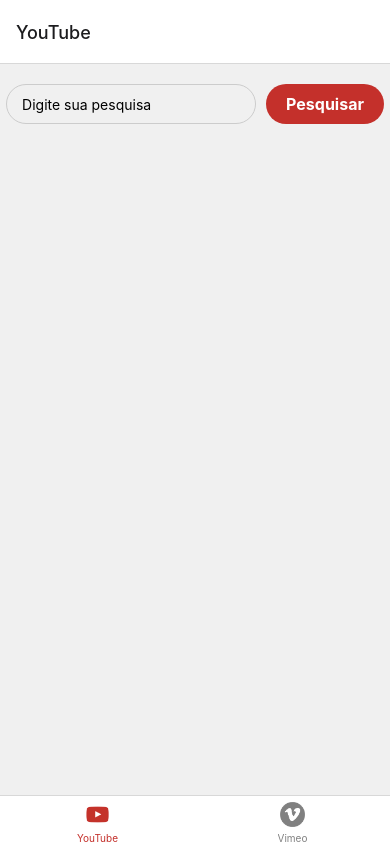
Repository: isaqkee/Youtube-API
Screen: /Home (app in youtubeAPI/)
The author's editor kept a copy of each file at every save. The screen is drawn from the files as they stood at one save, then again after the next save.
The app was drawn by React Native's web renderer in a window 390 px wide. The project was rebuilt for these pictures with package versions that can differ from the ones it lists, and the page was loaded fresh each time. Also part of the build but not shown: youtubeAPI/VimeoScreen.js.

Above is the screen before, as saved 2024-05-27 21:51:46.

### youtubeAPI/App.js
// App.js
import * as React from 'react';
import { NavigationContainer } from '@react-navigation/native';
import { createStackNavigator } from '@react-navigation/stack';
import { createBottomTabNavigator } from '@react-navigation/bottom-tabs';
import { Image } from 'react-native';
import WelcomeScreen from './WelcomeScreen';
import YoutubeScreen from './YoutubeScreen';
import VimeoScreen from './VimeoScreen';

const Stack = createStackNavigator();
const Tab = createBottomTabNavigator();

function HomeTabs() {
  return (
    <Tab.Navigator
      screenOptions={({ route }) => ({
        tabBarIcon: ({ color, size }) => {
          let iconName;
          if (route.name === 'YouTube') {
            iconName = require('./assets/youtube.png');
          } else if (route.name === 'Vimeo') {
            iconName = require('./assets/vimeo.png');
          }
          return <Image source={iconName} style={{ width: size, height: size, tintColor: color }} />;
        },
      })}
      tabBarOptions={{
        activeTintColor: '#c4302b',
        inactiveTintColor: 'gray',
      }}
    >
      <Tab.Screen name="YouTube" component={YoutubeScreen} />
      <Tab.Screen name="Vimeo" component={VimeoScreen} />
    </Tab.Navigator>
  );
}

export default function App() {
  return (
    <NavigationContainer>
      <Stack.Navigator initialRouteName="Welcome">
        <Stack.Screen name="Welcome" component={WelcomeScreen} options={{ headerShown: false }}/>
        <Stack.Screen name="Home" component={HomeTabs} options={{ headerShown: false }}/>
      </Stack.Navigator>
    </NavigationContainer>
  );
}

### youtubeAPI/WelcomeScreen.js
import React from 'react';
import { View, Text, TouchableOpacity, StyleSheet, ImageBackground, Animated } from 'react-native';

export default function WelcomeScreen({ navigation }) {
  const fadeAnim = React.useRef(new Animated.Value(0)).current;

  React.useEffect(() => {
    Animated.timing(fadeAnim, {
      toValue: 1,
      duration: 1000,
      useNativeDriver: true,
    }).start();
  }, [fadeAnim]);

  return (
    <Animated.View style={[styles.container, { opacity: fadeAnim }]}>
      <ImageBackground source={require('./assets/back4.gif')} style={styles.backgroundImage}>
        <Text style={styles.title}>Bem-vindo ao Pesquisa de Vídeos</Text>
        <TouchableOpacity style={styles.button} onPress={() => navigation.navigate('Home')}>
          <Text style={styles.buttonText}>Começar</Text>
        </TouchableOpacity>
      </ImageBackground>
    </Animated.View>
  );
}

const styles = StyleSheet.create({
  container: {
    flex: 1,
    justifyContent: 'center',
    alignItems: 'center',
  },
  backgroundImage: {
    flex: 1,
    resizeMode: 'cover',
    justifyContent: 'center',
    alignItems: 'center',
    width: '100%',
    height: '100%',
  },
  title: {
    fontSize: 32,
    fontWeight: 'bold',
    color: '#fff',
    textAlign: 'center',
    marginBottom: 40,
  },
  button: {
    backgroundColor: '#c4302b',
    paddingVertical: 15,
    paddingHorizontal: 30,
    borderRadius: 30,
  },
  buttonText: {
    fontSize: 18,
    color: '#fff',
    fontWeight: 'bold',
  },
});

### youtubeAPI/YoutubeScreen.js
// YoutubeScreen.js e VimeoScreen.js
import React, { useState } from 'react';
import { View, Text, TextInput, TouchableOpacity, ScrollView, StyleSheet } from 'react-native';
import { WebView } from 'react-native-webview';
import { buscarVideos } from './youtube'; // ou buscarVideosVimeo para Vimeo

export default function VideoScreen() {
  const [pesquisa, setPesquisa] = useState('');
  const [videos, setVideos] = useState([]);

  const pesquisar = async () => {
    try {
      const resultados = await buscarVideos(pesquisa);
      setVideos(resultados);
    } catch (erro) {
      console.error('Erro ao pesquisar vídeos:', erro);
    }
  };

  return (
    <View style={styles.container}>
      <View style={styles.searchContainer}>
        <TextInput
          style={styles.input}
          placeholder="Digite sua pesquisa"
          value={pesquisa}
          onChangeText={setPesquisa}
        />
        <TouchableOpacity style={styles.button} onPress={pesquisar}>
          <Text style={styles.buttonText}>Pesquisar</Text>
        </TouchableOpacity>
      </View>
      <ScrollView style={styles.scrollView}>
        {videos.map(video => (
          <View key={video.id.videoId} style={styles.videoContainer}>
            <Text style={styles.videoTitle}>{video.snippet.title}</Text>
            <WebView
              style={styles.webview}
              javaScriptEnabled={true}
              domStorageEnabled={true}
              source={{ html: `<iframe width="100%" height="215" src="https://www.youtube.com/embed/${video.id.videoId}" frameborder="0" allowfullscreen></iframe>` }}
            />
          </View>
        ))}
      </ScrollView>
    </View>
  );
}

const styles = StyleSheet.create({
  container: {
    flex: 1,
    backgroundColor: '#f0f0f0',
    paddingHorizontal: 20,
    paddingTop: 20,
  },
  searchContainer: {
    flexDirection: 'row',
    justifyContent: 'center',
    marginBottom: 20,
  },
  input: {
    flex: 1,
    height: 40,
    borderWidth: 1,
    borderColor: '#ccc',
    borderRadius: 20,
    paddingHorizontal: 15,
    marginRight: 10,
  },
  button: {
    backgroundColor: '#c4302b',
    paddingVertical: 10,
    paddingHorizontal: 20,
    borderRadius: 20,
  },
  buttonText: {
    color: '#fff',
    fontSize: 16,
    fontWeight: 'bold',
  },
  scrollView: {
    flex: 1,
  },
  videoContainer: {
    marginBottom: 20,
    backgroundColor: '#fff',
    borderRadius: 10,
    padding: 15,
    shadowColor: '#000',
    shadowOffset: {
      width: 0,
      height: 2,
    },
    shadowOpacity: 0.25,
    shadowRadius: 3.84,
    elevation: 5,
  },
  videoTitle: {
    fontSize: 18,
    fontWeight: 'bold',
    marginBottom: 10,
  },
  webview: {
    width: '100%',
    aspectRatio: 16 / 9,
    borderRadius: 10,
  },
});

### youtubeAPI/youtube.js
import axios from 'axios';

const API_KEY = 'AIzaSyD36Bn6BKLPz8AdMSyxT2fALm-VOflpI8U';

export const buscarVideos = async (query) => {
  try {
    const pesquisa = await axios.get('https://www.googleapis.com/youtube/v3/search', {
      params: {
        q: query,
        part: 'snippet',
        maxResults: 10,
        type: 'video',
        key: API_KEY,
      },
    });
    return pesquisa.data.items;
  } catch (erro) {
    console.error('Erro ao buscar vídeos do YouTube:', erro);
    throw erro;
  }
};

After the next save:
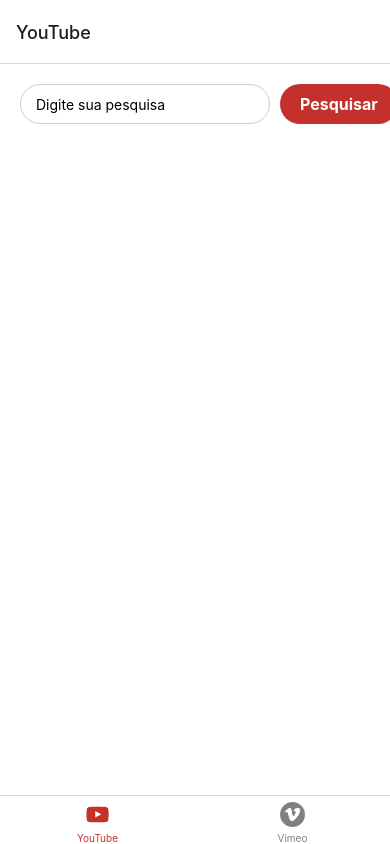
Saved 8 s later.
--- a/youtubeAPI/YoutubeScreen.js
+++ b/youtubeAPI/YoutubeScreen.js
@@ -1,12 +1,16 @@
-// YoutubeScreen.js e VimeoScreen.js
 import React, { useState } from 'react';
-import { View, Text, TextInput, TouchableOpacity, ScrollView, StyleSheet } from 'react-native';
+import { View, Text, TextInput, TouchableOpacity, ScrollView, StyleSheet, Switch } from 'react-native';
 import { WebView } from 'react-native-webview';
 import { buscarVideos } from './youtube'; // ou buscarVideosVimeo para Vimeo
 
 export default function VideoScreen() {
   const [pesquisa, setPesquisa] = useState('');
   const [videos, setVideos] = useState([]);
+  const [isDarkMode, setIsDarkMode] = useState(false);
+
+  const toggleDarkMode = () => {
+    setIsDarkMode(!isDarkMode);
+  };
 
   const pesquisar = async () => {
     try {
@@ -18,22 +22,23 @@
   };
 
   return (
-    <View style={styles.container}>
-      <View style={styles.searchContainer}>
+    <View style={[styles.container, isDarkMode ? styles.darkMode : null]}>
+      <View style={styles.header}>
         <TextInput
-          style={styles.input}
+          style={[styles.input, isDarkMode ? styles.inputDarkMode : null]}
           placeholder="Digite sua pesquisa"
           value={pesquisa}
           onChangeText={setPesquisa}
         />
-        <TouchableOpacity style={styles.button} onPress={pesquisar}>
+        <TouchableOpacity style={[styles.button, isDarkMode ? styles.buttonDarkMode : null]} onPress={pesquisar}>
           <Text style={styles.buttonText}>Pesquisar</Text>
         </TouchableOpacity>
+        <Switch value={isDarkMode} onValueChange={toggleDarkMode} />
       </View>
       <ScrollView style={styles.scrollView}>
         {videos.map(video => (
           <View key={video.id.videoId} style={styles.videoContainer}>
-            <Text style={styles.videoTitle}>{video.snippet.title}</Text>
+            <Text style={[styles.videoTitle, isDarkMode ? styles.videoTitleDarkMode : null]}>{video.snippet.title}</Text>
             <WebView
               style={styles.webview}
               javaScriptEnabled={true}
@@ -50,13 +55,17 @@
 const styles = StyleSheet.create({
   container: {
     flex: 1,
-    backgroundColor: '#f0f0f0',
+    backgroundColor: '#fff',
     paddingHorizontal: 20,
     paddingTop: 20,
   },
-  searchContainer: {
+  darkMode: {
+    backgroundColor: '#121212',
+  },
+  header: {
     flexDirection: 'row',
-    justifyContent: 'center',
+    justifyContent: 'space-between',
+    alignItems: 'center',
     marginBottom: 20,
   },
   input: {
@@ -68,11 +77,18 @@
     paddingHorizontal: 15,
     marginRight: 10,
   },
+  inputDarkMode: {
+    color: '#fff',
+    backgroundColor: '#333',
+  },
   button: {
     backgroundColor: '#c4302b',
     paddingVertical: 10,
     paddingHorizontal: 20,
     borderRadius: 20,
+  },
+  buttonDarkMode: {
+    backgroundColor: '#cf6679',
   },
   buttonText: {
     color: '#fff',
@@ -101,6 +117,9 @@
     fontWeight: 'bold',
     marginBottom: 10,
   },
+  videoTitleDarkMode: {
+    color: '#fff',
+  },
   webview: {
     width: '100%',
     aspectRatio: 16 / 9,

After the 2 saves that followed:
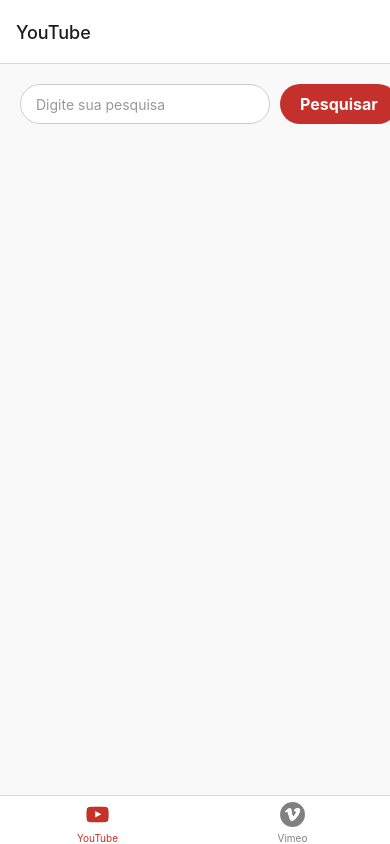
The 2 saves are shown as one change because 1 left the picture as it was.
The last was saved 6 min 54 s later.
--- a/youtubeAPI/YoutubeScreen.js
+++ b/youtubeAPI/YoutubeScreen.js
@@ -27,17 +27,18 @@
         <TextInput
           style={[styles.input, isDarkMode ? styles.inputDarkMode : null]}
           placeholder="Digite sua pesquisa"
+          placeholderTextColor={isDarkMode ? '#666' : '#999'}
           value={pesquisa}
           onChangeText={setPesquisa}
         />
         <TouchableOpacity style={[styles.button, isDarkMode ? styles.buttonDarkMode : null]} onPress={pesquisar}>
-          <Text style={styles.buttonText}>Pesquisar</Text>
+          <Text style={[styles.buttonText, isDarkMode ? styles.buttonTextDarkMode : null]}>Pesquisar</Text>
         </TouchableOpacity>
         <Switch value={isDarkMode} onValueChange={toggleDarkMode} />
       </View>
       <ScrollView style={styles.scrollView}>
         {videos.map(video => (
-          <View key={video.id.videoId} style={styles.videoContainer}>
+          <View key={video.id.videoId} style={[styles.videoContainer, isDarkMode ? styles.videoContainerDarkMode : null]}>
             <Text style={[styles.videoTitle, isDarkMode ? styles.videoTitleDarkMode : null]}>{video.snippet.title}</Text>
             <WebView
               style={styles.webview}
@@ -55,12 +56,12 @@
 const styles = StyleSheet.create({
   container: {
     flex: 1,
-    backgroundColor: '#fff',
+    backgroundColor: '#f9f9f9',
     paddingHorizontal: 20,
     paddingTop: 20,
   },
   darkMode: {
-    backgroundColor: '#121212',
+    backgroundColor: '#333',
   },
   header: {
     flexDirection: 'row',
@@ -76,10 +77,13 @@
     borderRadius: 20,
     paddingHorizontal: 15,
     marginRight: 10,
+    color: '#333',
+    backgroundColor: '#fff',
   },
   inputDarkMode: {
     color: '#fff',
-    backgroundColor: '#333',
+    backgroundColor: '#666',
+    borderColor: '#666',
   },
   button: {
     backgroundColor: '#c4302b',
@@ -95,6 +99,9 @@
     fontSize: 16,
     fontWeight: 'bold',
   },
+  buttonTextDarkMode: {
+    color: '#333',
+  },
   scrollView: {
     flex: 1,
   },
@@ -102,27 +109,26 @@
     marginBottom: 20,
     backgroundColor: '#fff',
     borderRadius: 10,
-    padding: 15,
-    shadowColor: '#000',
-    shadowOffset: {
-      width: 0,
-      height: 2,
-    },
-    shadowOpacity: 0.25,
-    shadowRadius: 3.84,
-    elevation: 5,
+    overflow: 'hidden',
+  },
+  videoContainerDarkMode: {
+    backgroundColor: '#444',
   },
   videoTitle: {
     fontSize: 18,
     fontWeight: 'bold',
     marginBottom: 10,
+    paddingHorizontal: 10,
+    paddingVertical: 5,
+    backgroundColor: '#c4302b',
+    color: '#fff',
   },
   videoTitleDarkMode: {
+    backgroundColor: '#666',
     color: '#fff',
   },
   webview: {
     width: '100%',
     aspectRatio: 16 / 9,
-    borderRadius: 10,
   },
 });
